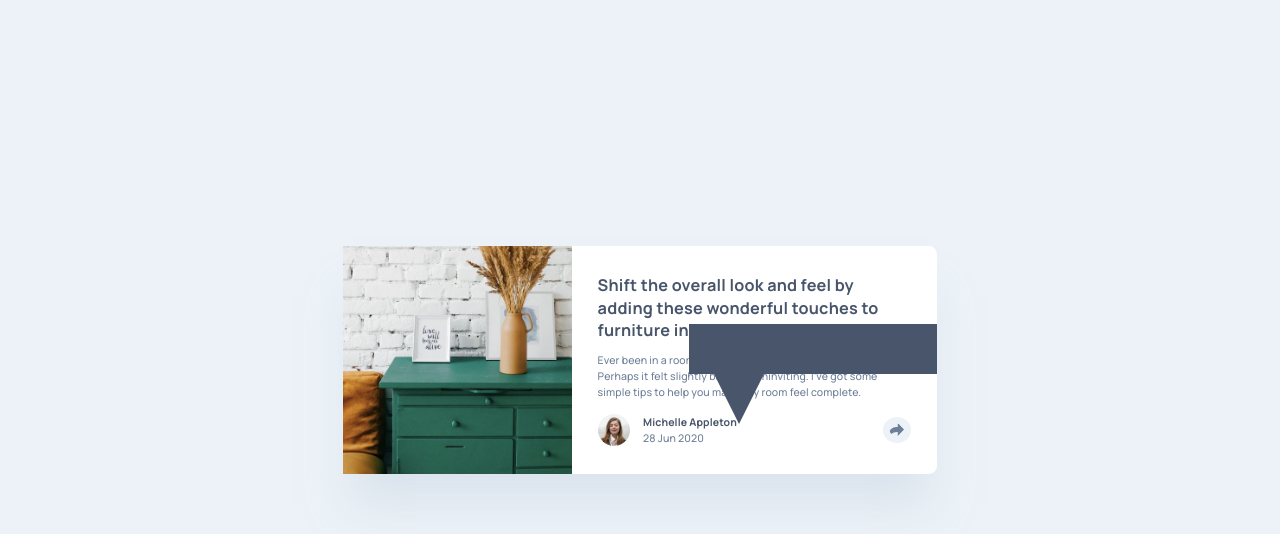
Repository: brandontaylor1/article-preview-component
Page: index.html
These files come from the project's save history. The page is drawn as it stood at one moment and after the next save; the edit follows.
The browser window is 1280 px wide. The pictures show the whole page.

Above is the page before, as saved 2025-01-15 16:08:49.

### index.html
<!DOCTYPE html>
<html lang="en">
<head>
    <meta charset="UTF-8">
    <meta name="viewport" content="width=device-width, initial-scale=1.0">
    <link rel="preconnect" href="https://fonts.googleapis.com">
    <link rel="preconnect" href="https://fonts.gstatic.com" crossorigin>
    <link href="https://fonts.googleapis.com/css2?family=Manrope:wght@200..800&display=swap" rel="stylesheet">
    <link rel="stylesheet" href="styles.css">
    <title>Article Preview Component</title>
</head>
<body>

    <div class="container">
        <main class="component">
            <div class="img-container">

            </div>
            <div class="component-content">
                <h2>Shift the overall look and feel by adding these wonderful touches to furniture in your home</h2>
                <p class="subheading">Ever been in a room and felt like something was missing? Perhaps it felt slightly bare and uninviting. I’ve got some simple tips to help you make any room feel complete.</p>
                    <div class="social-box">
                        <div class="social-info">
                            <img src="./assets/images/avatar-michelle.jpg" alt="Picture of User Michelle">
                            <div class="social-info-text">
                                <p>Michelle Appleton</p>
                                <p>28 Jun 2020</p>
                            </div>
                        </div>
                    <img src="./assets/images/icon-share.svg" class="share-btn" alt="Share Icon">

                    <div class="share-box">
                        <div class="share-box-details"></div>
                        <div class="triangle-down"></div>
                    </div>
                </div>
            </div>
        </main>
    </div>

    <script src="index.js"></script>
</body>
</html>

### styles.css
* {
    margin: 0;
    padding: 0;
    box-sizing: border-box;
}

:root {
    /* COLORS */
    --dark-grayish-blue: hsl(217, 19%, 35%);
    --desaturated-dark-blue: hsl(214, 17%, 51%, 1);
    --grayish-blue: hsl(212, 23%, 69%);
    --light-grayish-blue: hsl(210, 46%, 95%);
}

html {
    font-size: 13px;
}

body {
    font-family: 'Nunito', sans-serif;
    background-color: var(--light-grayish-blue);
}

/* UTILITY CLASS */
.active {
    background-color: var(--grayish-blue);
    color: white;
}

.container {
    height: 100vh;
    display: flex;
    justify-content: center;
    align-items: center;

}

.component {
    width: 45.625rem;
    height: 17.5rem;
    display: flex;
    align-items: center;
    justify-content: space-between;
    border-radius: 0.625rem;
    background: #FFF;
    box-shadow: 0px 40px 40px -10px rgba(201, 213, 225, 0.50);
    position: relative;

}

.img-container {
    width: 21.87rem;
    height: 100%;
    display: flex;
    justify-content: center;
    align-items: center;
    background-image: url('./assets/images/drawers.jpg');
    background-size: cover;
    background-position: left;
    background-repeat: no-repeat;
}

.component-content {
    width: 34rem;
    padding: 2rem;
}

.component-content h2 {
    color: #48556A;
    font-family: Manrope;
    font-size: 1.25rem;
    font-style: normal;
    font-weight: 700;
    line-height: 1.75rem; /* 140% */
    letter-spacing: 0.01563rem;
    width: 100%;
}

.component-content p {
    color: #6E8098;
    font-family: Manrope;
    font-size: 0.8125rem;
    font-style: normal;
    font-weight: 500;
    line-height: 1.25rem; /* 153.846% */
    letter-spacing: 0.00763rem;
}

.subheading {
    margin-top: .75rem;
    color: #6E8098;
    font-family: Manrope;
    font-size: 0.8125rem;
    font-style: normal;
    font-weight: 500;
    line-height: 1.25rem; /* 153.846% */
    letter-spacing: 0.00763rem;
}

.social-box {
    display: flex;
    justify-content: space-between;
    align-items: center;
    width: 100%;
    margin-top: 1rem;
}

.social-info {
    display: flex;
    align-items: center;
    justify-content: center;

}

.social-info img {
    width: 2.5rem;
    height: 2.5rem;
    border-radius: 50%;
    margin-right: 1rem;
}

.social-info-text {
    display: flex;
    align-items: flex-start;
    justify-content: center;
    flex-direction: column;
}

.social-info-text p:nth-child(1){
    font-weight: 700;
    color: var(--dark-grayish-blue);

}

.share-btn {
    padding: .5rem;
    background: var(--light-grayish-blue);
    color: #FFF;
    border-radius: 50%;
    cursor: pointer;
    position: relative;
}

.share-btn:hover {
    background-color: var(--light-grayish-blue);
    color: var(--desaturated-dark-blue);
}

.share-box {
    height: 50px;
    width: 248px;
    background-color: #48556A;
    position: absolute;
    bottom: 100px;
    right: 0;

}

.triangle-down {
    width: 0;
    height: 0;
    border-left: 50px solid transparent;
    border-right: 50px solid transparent;
    border-top: 100px solid #48556A;
}

/* Media Queries */
@media screen and (max-width: 626px) {
    .component {
        flex-direction: column;
        height: 32rem;
        width: 20rem;
    }

    .img-container {
        width: 100%;
        height: 50%;
    }

    .component-content {
        width: 100%;
        padding: 1.5rem;

    }

    .component-content h2 {
        color: #48556A;
        font-family: Manrope;
        font-size: 1rem;
        font-style: normal;
        font-weight: 700;
        line-height: 1.5rem; /* 150% */
        letter-spacing: 0.0125rem;
    }

    .component-content p {
        color: #6E8098;
        font-family: Manrope;
        font-size: 0.8125rem;
        font-style: normal;
        font-weight: 500;
        line-height: 1.25rem; /* 153.846% */
        letter-spacing: 0.00763rem;
    }

    .social-box {
        margin-top: 2rem;
    }
}

### index.js
const shareBtn = document.querySelector('.share-btn').addEventListener('click', () => {
    alert("I'm working")
})

After the next save:
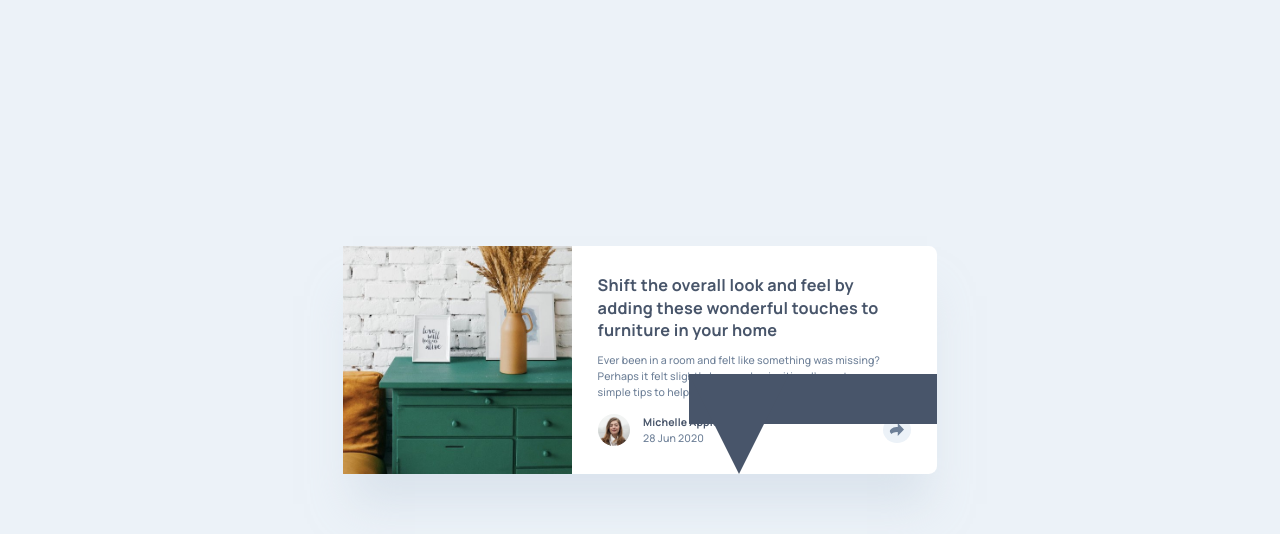
Saved 8 s later.
--- a/styles.css
+++ b/styles.css
@@ -151,7 +151,7 @@ body {
     width: 248px;
     background-color: #48556A;
     position: absolute;
-    bottom: 100px;
+    bottom: 50px;
     right: 0;
 
 }
